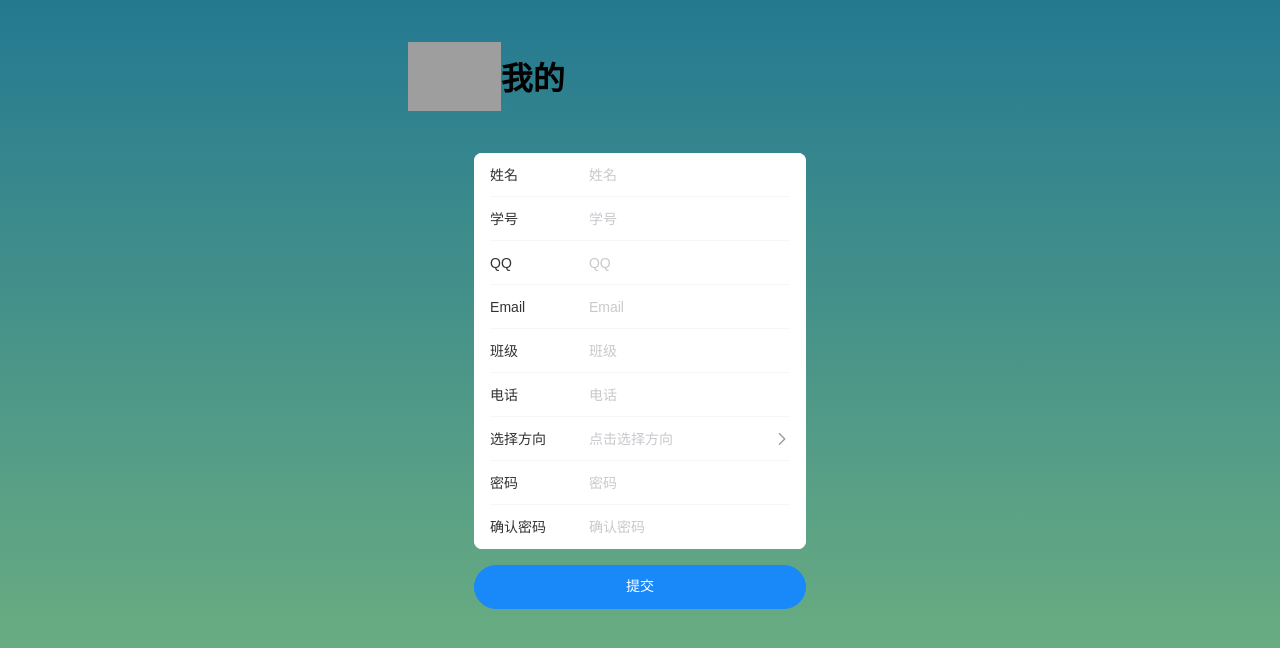
Repository: Qwenicq/new_sys
Page: /setting (app in new-syws/)
An editor plug-in stored every save of this project. The page is shown before and after the next save, followed by the edit.
The browser window is 1280 px wide. The pictures show the whole page.
Pictures or frames that could not be fetched are drawn as grey boxes. The project was rebuilt for these pictures with package versions that can differ from the ones it lists, and the page was loaded fresh each time. Also part of the build but not shown: new-syws/vite.config.js, new-syws/src/components/user.vue.

Above is the page before, as saved 2024-02-02 19:47:31.

After the next save:
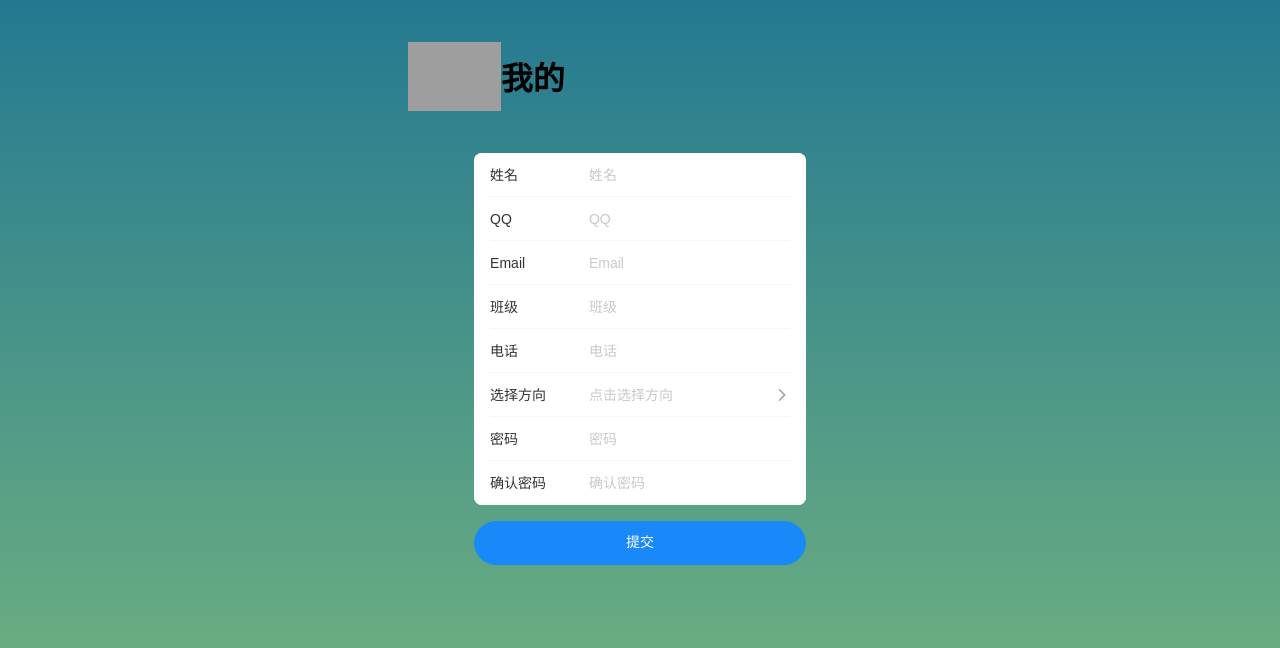
Saved 6 s later.
--- a/new-syws/src/views/user/UserSetting.vue
+++ b/new-syws/src/views/user/UserSetting.vue
@@ -42,21 +42,6 @@ const formModel = ref({
             :rules="[{ required: true, message: '请填写姓名' }]"
           />
 
-          <van-field
-            v-model="formModel.Identity"
-            type="number"
-            name="学号"
-            label="学号"
-            placeholder="学号"
-            :rules="[
-              { required: true, message: '请填写学号' },
-              {
-                pattern: /^\S{8}$/,
-                message: '请填写正确的学号',
-                trigger: 'onChange'
-              }
-            ]"
-          />
           <van-field
             v-model="formModel.QQ"
             type="number"
